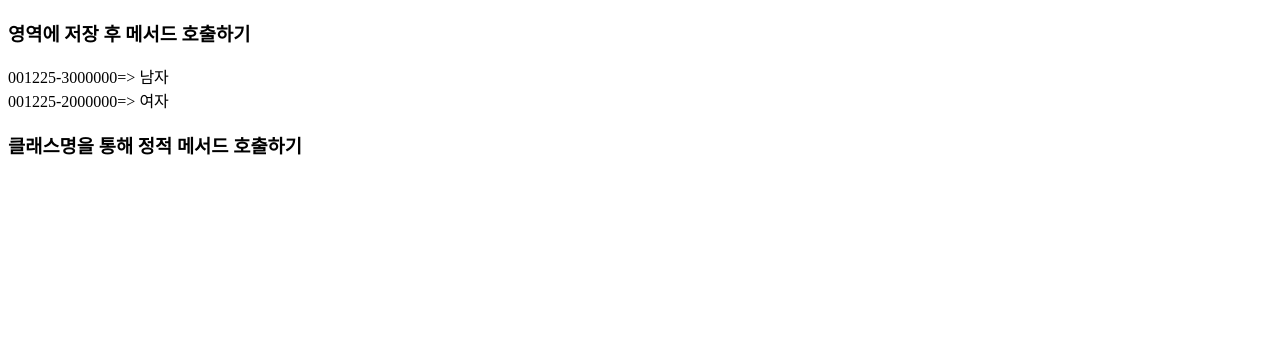
Repository: Motibidu/JSP_Servlet
Page: http://localhost/MushHaveJsp/ELCallMethod.jsp
These files come from the project's save history. The page is drawn as it stood at one moment and after the next save; the edit follows.
The browser window is 1280 px wide. The pictures show the whole page.
The page is served by Tomcat 10. Other server files are loaded and not shown.

Above is the page before, as saved 2025-05-12 06:14:09.

### MushHaveJsp/src/main/webapp/ELCallMethod.jsp
<%@page import="el.MyELClass"%>
<%@ page language="java" contentType="text/html; charset=UTF-8"
    pageEncoding="UTF-8"%>
    <%
    MyELClass myClass= new MyELClass();
    pageContext.setAttribute("myClass", myClass);
    %>
<!DOCTYPE html>
<html>
<head>
<meta charset="UTF-8">
<title>표현 언어(EL) - 메서드 호출</title>
</head>
<body>
	<h3> 영역에 저장 후 메서드 호출하기</h3>
	001225-3000000=> ${ myClass.getGender("001225-3000000") }<br/>
	001225-2000000=> ${ myClass.getGender("001225-2000000") }<br/>

	<h3>클래스명을 통해 정적 메서드 호출하기</h3>
	${ MyCLClass.showGugudan(7) }
</body>
</html>

### MushHaveJsp/src/main/java/el/MyELClass.java
package el;

public class MyELClass
{
	public String getGender(String jumin)
	{
		String returnStr = "";
		int beginIdx = jumin.indexOf("-") + 1;
		String genderStr = jumin.substring(beginIdx, beginIdx + 1);
		int genderInt = Integer.parseInt(genderStr);
		if (genderInt == 1 || genderInt == 3)
			returnStr = "남자";
		else if (genderInt == 2 || genderInt == 4)
			returnStr = "여자";
		else
		{
			returnStr = "주민번호 오류입니다.";
		}
		return returnStr;
	}

	public static boolean isNumber(String value)
	{
		char[] chArr = value.toCharArray();
		for (int i = 0; i < chArr.length; i++)
		{
			if (!(chArr[i] >= '0' && chArr[i] <= '9'))
			{
				return false;
			}
		}

		return true;
	}

	public static String showGugudan(int limitDan)
	{
		StringBuffer sb = new StringBuffer();
		try
		{
			sb.append("<table border= '1'>");
			for (int i = 2; i <= limitDan; i++)
			{
				sb.append("<tr>");
				for (int j = 1; j <= 9; j++)
				{
					sb.append("<td>" + i + "*" + j + "=" + (i * j) + "</td>");
				}
				sb.append("</tr>");
			}
			sb.append("</table>");
		}
		catch (Exception e)
		{
			e.printStackTrace();
		}

		return sb.toString();
	}

}

After the next save:
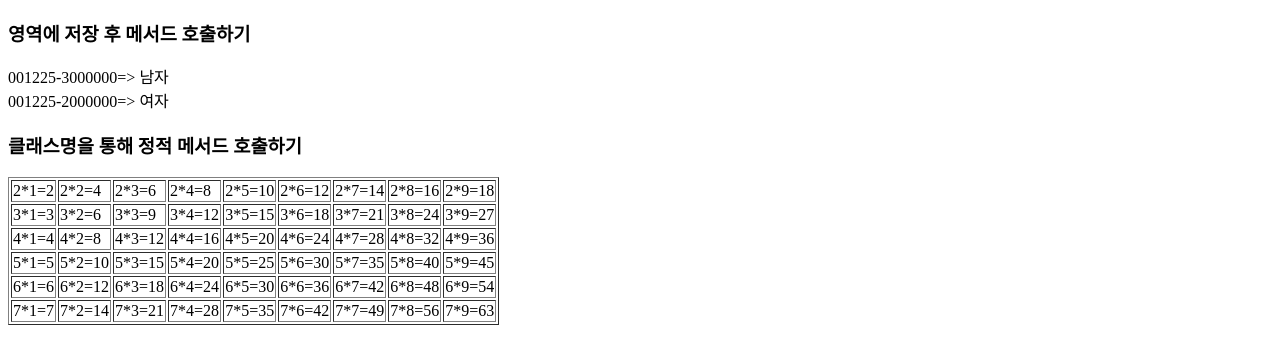
Saved 119 s later.
--- a/MushHaveJsp/src/main/webapp/ELCallMethod.jsp
+++ b/MushHaveJsp/src/main/webapp/ELCallMethod.jsp
@@ -17,6 +17,6 @@
 	001225-2000000=> ${ myClass.getGender("001225-2000000") }<br/>
 
 	<h3>클래스명을 통해 정적 메서드 호출하기</h3>
-	${ MyCLClass.showGugudan(7) }
+	${ MyELClass.showGugudan(7) }
 </body>
 </html>
